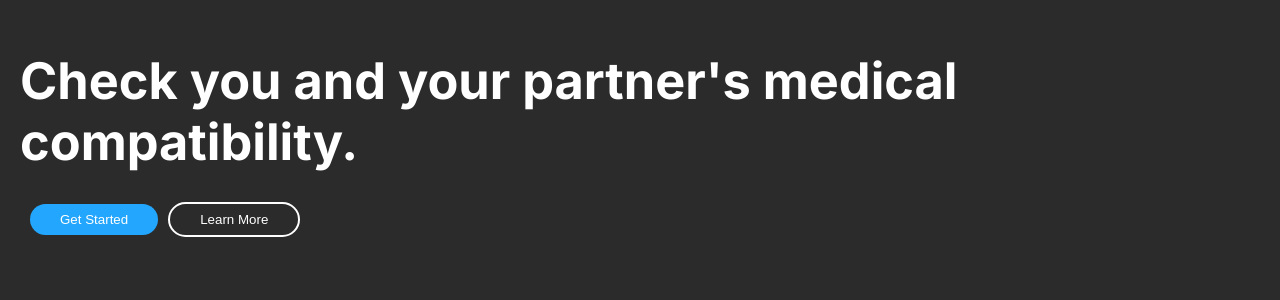
Repository: devhabeeblateef/tictactoe
Page: /
An editor plug-in stored every save of this project. The page is shown before and after the next save, followed by the edit.
The browser window is 1280 px wide. The pictures show the whole page.
The project was rebuilt for these pictures with package versions that can differ from the ones it lists, and the page was loaded fresh each time. Also part of the build but not shown: src/App.css.

Above is the page before, as saved 2022-06-17 00:39:48.

After the next save:
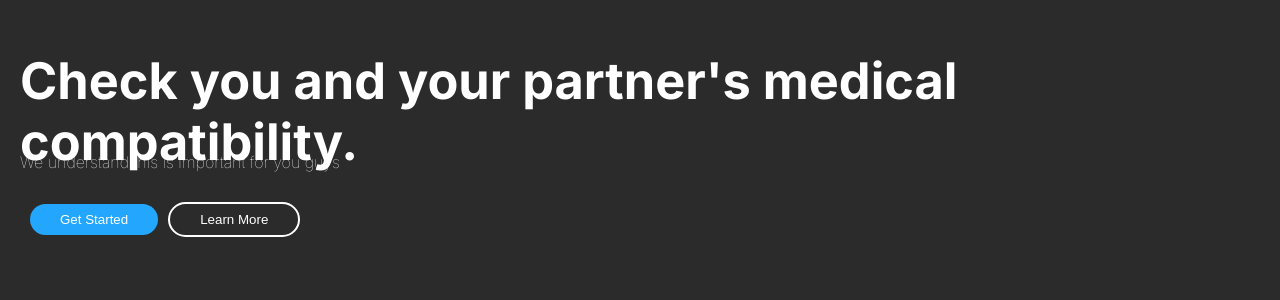
Saved 20 s later.
--- a/src/Home.js
+++ b/src/Home.js
@@ -8,7 +8,7 @@ function Home() {
         Check you and your partner's medical compatibility.
     </h1>
     <p className={classes.home__info}>
-
+        We understand this is important for you guys
     </p>
     <div className={classes.button}>
         <button className={classes.button__one}><a href="index2.html">Get Started</a></button>
